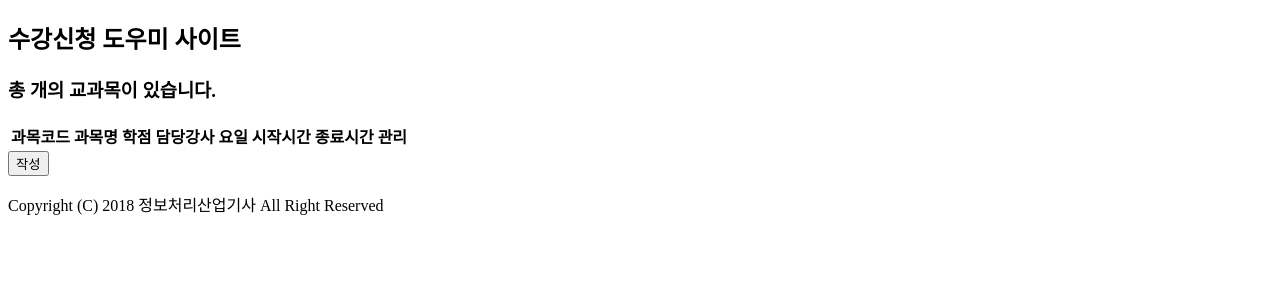
Repository: star-min/jsp_basic
Page: http://localhost/HRD_A02/
These files come from the project's save history. The page is drawn as it stood at one moment and after the next save; the edit follows.
The browser window is 1280 px wide. The pictures show the whole page.
The page is served by Tomcat 9. Queries for data that is not in the repository find no rows.

Above is the page before, as saved 2022-08-17 02:41:17.
Console error: SyntaxError: Function statements require a function name

After the next save:
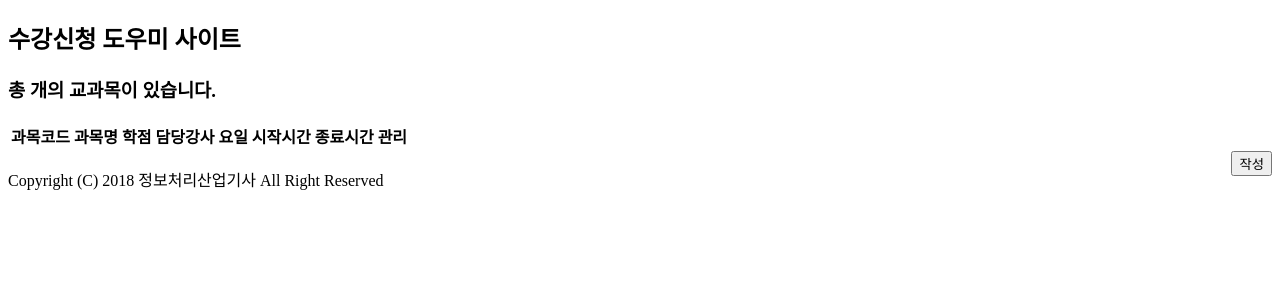
Saved 55 s later.
--- a/hrdkorea/HRD_A02/WebContent/index.jsp
+++ b/hrdkorea/HRD_A02/WebContent/index.jsp
@@ -65,7 +65,7 @@
 		%>
 		</tbody>
 	</table>
-	<input type="button" onClick="location.href='addCourse.jsp'" value="작성">
+	<input type="button" onClick="location.href='addCourse.jsp'" value="작성" style="float: right;">
 </content>
 <footer>
 	<p>Copyright (C) 2018 정보처리산업기사 All Right Reserved</p>
